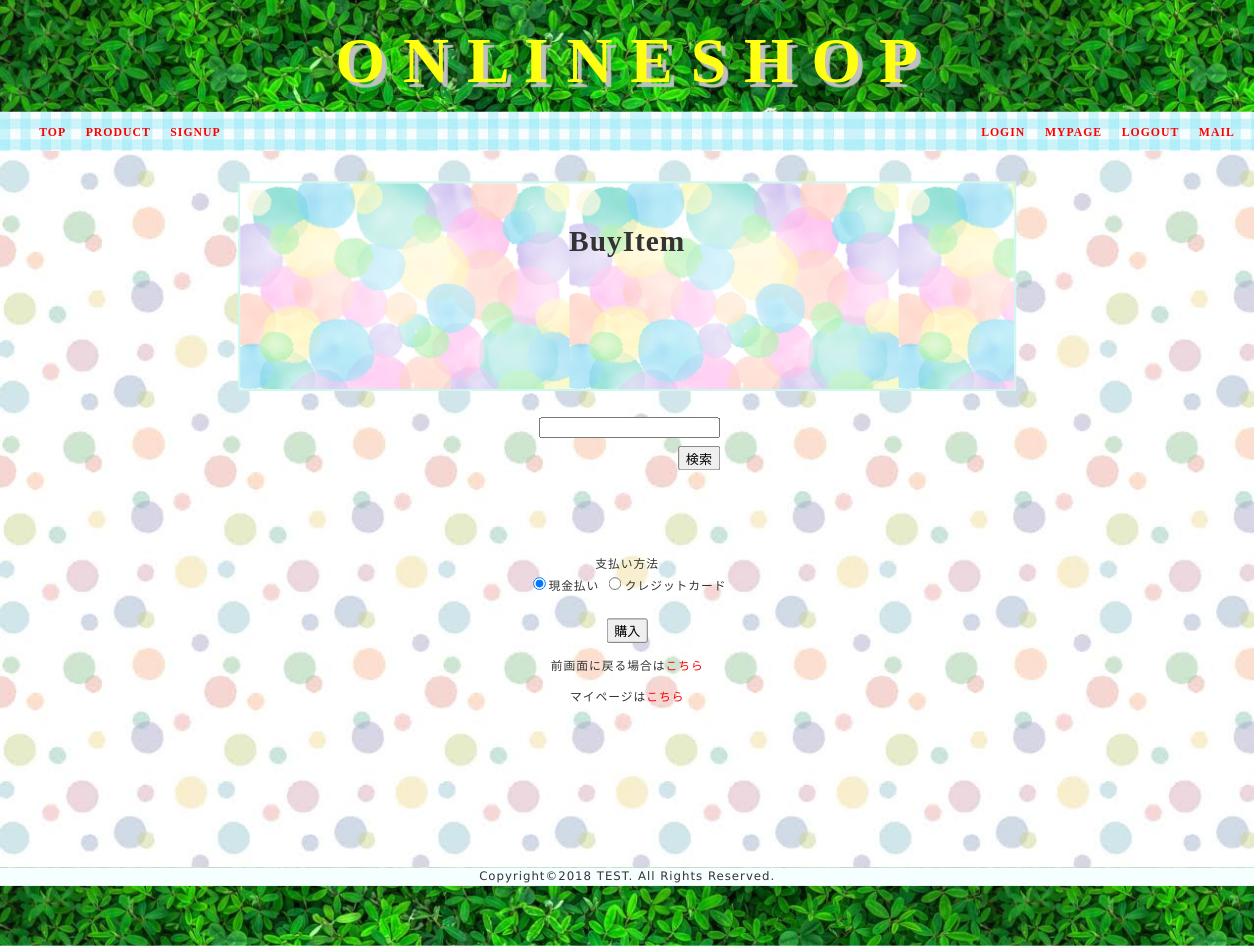
Repository: rt-1217/j2
Page: http://localhost/ecsite01/buyItem.jsp
An editor plug-in stored every save of this project. The page is shown before and after the next save, followed by the edit.
The browser window is 1280 px wide. The pictures show the whole page, at 98% of full size.
Backgrounds fixed to the window are drawn as part of the page. Some web fonts or font styles are not loaded; a fallback is used. The page is served by Tomcat 9.

Above is the page before, as saved 2018-05-30 06:28:24.

After the next save:
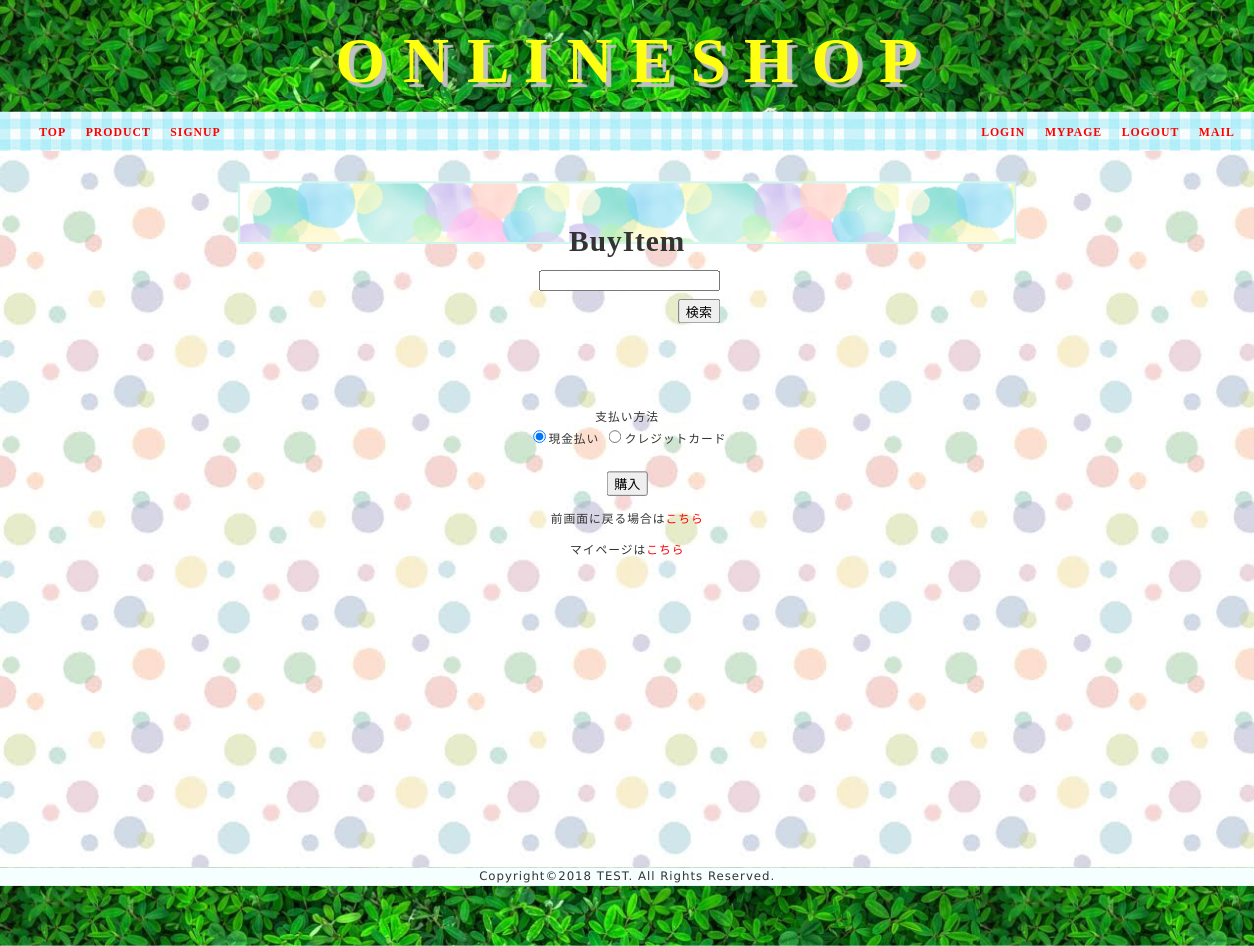
Saved 10 s later.
--- a/ecsite01/WebContent/css/basis.css
+++ b/ecsite01/WebContent/css/basis.css
@@ -26,7 +26,7 @@ margin:0 auto;
 /* ========ID LAYOUT======== */
 #top {
 width:780px;
-height:200px;
+height:50px;
 margin:20px auto;
 border:2px solid #d0f7ee;
 background-image:url("../image/pastel2.jpg");
